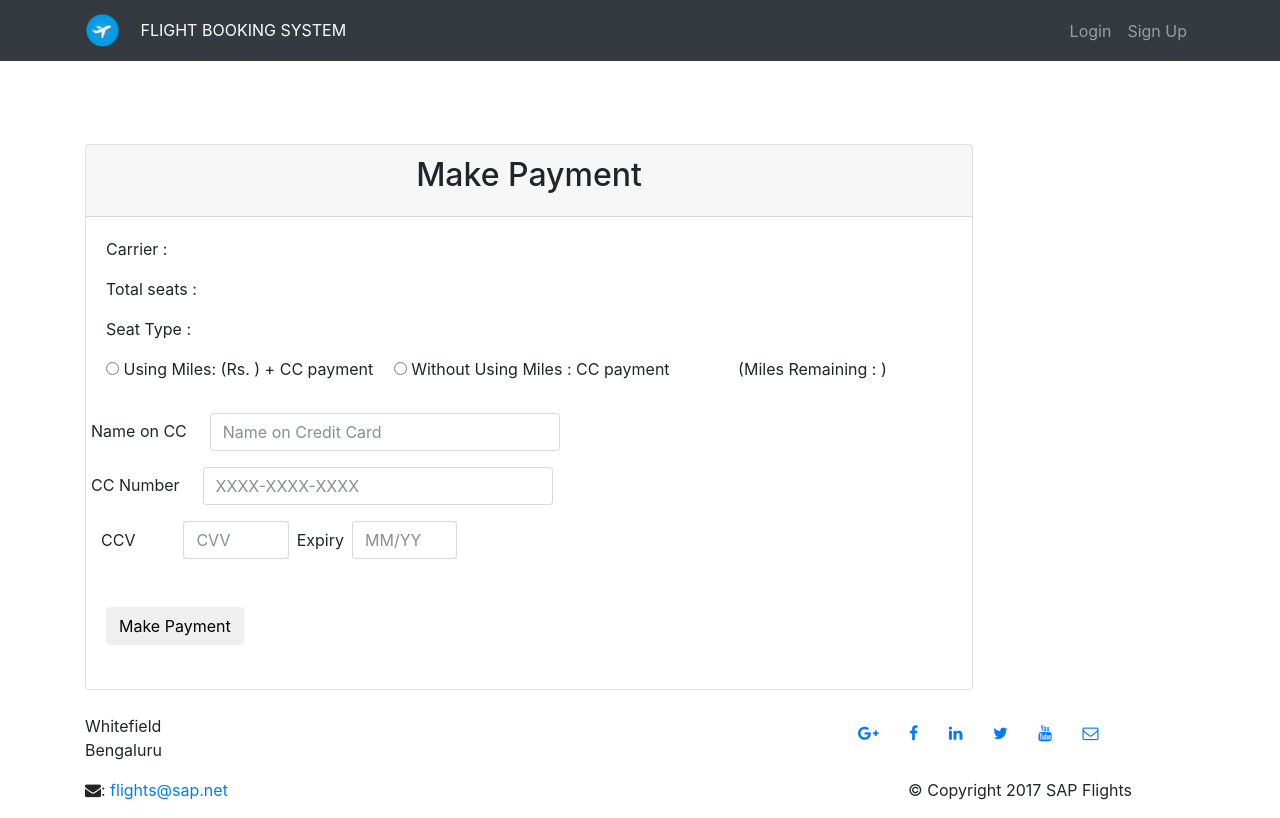
Repository: yashtatia/Spring-Practice
Page: http://localhost/FitnessTracker/WEB-INF/jsp/makePayment.jsp
An editor plug-in stored every save of this project. The page is shown before and after the next save, followed by the edit.
The browser window is 1280 px wide. The pictures show the whole page.
Some web libraries are served in a nearby version. The page is served by Tomcat 9. Nobody is signed in. Other server files are loaded and not shown. The template is opened directly, without the code that normally fills it, so the values that code supplies are empty.

Above is the page before, as saved 2017-09-06 07:43:20.
Console error: SyntaxError: Unexpected token ';'

### FitnessTracker/src/main/webapp/WEB-INF/jsp/makePayment.jsp
<%@ taglib prefix="spring" uri="http://www.springframework.org/tags" %>
<%@ taglib prefix="form" uri="http://www.springframework.org/tags/form" %>

<jsp:include page="header.jsp" />
	<br>
	<br>
	<br>
	<br>
	<br>
	<br>
	<div class="container">
		<div class="card" style="max-width: 80%;" >
			<div class="card-header">
				<h2 class="card-title" align="center">Make Payment</h2>
			</div>
			<div class="card-block">
				<div class="card-body">
						<p>Carrier : ${flightSelected.airline}</p>
						<p>Total seats : ${flightSelected.seats}</p>
						<p>Seat Type : ${flightSelected.seat_class}</p>

						<form:form commandName="payment" class="form-horizontal" method="POST">

							  <label class="radio-inline" >
							    <form:radiobutton path="payment_choice" name="payment_choice" value="1" />
							     Using Miles: ${miles_used} (Rs. ${discount}) + ${fare_with_miles}  CC payment

							  </label>


							  <label class="radio-inline mx-3">
							    <form:radiobutton path="payment_choice" name="payment_choice" value="2" />
							    Without Using Miles : ${fare_without_miles}	CC payment
							  </label>
							  <label class="mx-5">
							  	(Miles Remaining : ${miles_remaining})
							  </label>

							<br />
							<br/>

							<div class="form-group row">
							    <label for="input1" class="col-xs-3 col-form-label mr-2">Name on CC</label>
							    <div class="col-sm-10">
							      <form:input path="cc_name" type="text" name="cc_name" id="cc_name" placeholder="Name on Credit Card" class="form-control" style="max-width: 50%;" />
							    </div>
							</div>
							<div class="form-group row">
							    <label for="input2" class="col-xs-3 col-form-label mr-2">CC Number</label>
							    <div class="col-sm-10">
							      <form:input path="cc_number" type="text" name="cc_number" id="cc_number" placeholder="XXXX-XXXX-XXXX" class="form-control" style="max-width: 50%;" />
							    </div>
							</div>
							<div class="form-row">
									<div class="form-inline">
										<label class="mr-sm-5 mb-0" for="cvv">CCV</label>
											<form:input path="cc_cvv" type="password" name="cc_cvv" id="cc_cvv" placeholder="CVV" class="form-control mr-sm-2 mb-2 mb-sm-0"  style="max-width: 15%" />
									<label class="mr-sm-2 mb-0" for="last_name">Expiry</label>
											<form:input path="cc_expiry"  type="text" class="form-control mr-sm-2 mb-2 mb-sm-0" name="cc_expiry" id="cc_expiry" style="max-width: 15%" placeholder="MM/YY"/>
									</div>
							</div>
							<br />
							<br />

							<form:hidden path="flight_id"  name="flight_id" value="${flightSelected.flight_id}" />
							<form:hidden path="seat_type" name="seat_type" value="${flightSelected.seat_class_abbrev}" />
							<form:hidden path="seats" name="seats" value="${flightSelected.seats}" />
							<form:hidden path="fare_with_miles" name="fare_with_miles" value="${fare_with_miles}" />
							<form:hidden path="fare_without_miles" name="fare_without_miles" value="${fare_without_miles}" />
							<form:hidden path="miles_used" name="miles_used" value="${miles_used}" />
							<form:hidden path="miles_remaining" name="miles_remaining" value="${miles_remaining}" />
							<form:hidden path="miles_earned" name="miles_earned" value="${miles_earned}" />

							<button type="submit" name="" value="Make Payment" class="btn btn-default col-lg-offset-10" >Make Payment</button>
						</form:form>
				</div>

			</div>

			<br />



		</div>
	</div>
	<br/>

<jsp:include page="footer.jsp" />
<script type="text/javascript">
		$( document ).ready(function() {
		    preProcess();
		});

		function preProcess(){
			if($('input[name=payment_choice]:checked').val() == "with_miles"){
				var cc_remaining = ${fare_with_miles};
				if(cc_remaining == 0){
					$("#cc_name").prop("disabled", true);
					$("#cc_number").prop("disabled", true);
					$("#cc_cvv").prop("disabled", true);
					$("#cc_expiry").prop("disabled", true);
				}
			}
		}

		$('input[name=payment_choice]').on('change', function() {
			if($('input[name=payment_choice]:checked').val() == "with_miles"){
				var cc_remaining = ${fare_with_miles};
				if(cc_remaining == 0){
					$("#cc_name").prop("disabled", true);
					$("#cc_number").prop("disabled", true);
					$("#cc_cvv").prop("disabled", true);
					$("#cc_expiry").prop("disabled", true);
				}
			}else{
				$("#cc_name").prop("disabled", false);
				$("#cc_number").prop("disabled", false);
				$("#cc_cvv").prop("disabled", false);
				$("#cc_expiry").prop("disabled", false);
			}
		});
	</script>

### FitnessTracker/src/main/webapp/WEB-INF/jsp/header.jsp
<%@ taglib prefix="c" uri="http://java.sun.com/jsp/jstl/core"%>
<%@ taglib prefix="form" uri="http://www.springframework.org/tags/form" %>
<%@ taglib prefix="spring" uri="http://www.springframework.org/tags" %>
<!DOCTYPE html>
<html>
<head>
	<meta charset="utf-8">
    <meta http-equiv="X-UA-Compatible" content="IE=edge">
    <meta name="viewport" content="width=device-width, initial-scale=1, shrink-to-fit=no">
	<title>Search Flights</title>
	<link rel="stylesheet" href="https://maxcdn.bootstrapcdn.com/bootstrap/4.0.0-beta/css/bootstrap.min.css" integrity="sha384-/Y6pD6FV/Vv2HJnA6t+vslU6fwYXjCFtcEpHbNJ0lyAFsXTsjBbfaDjzALeQsN6M" crossorigin="anonymous">
	<link href="https://maxcdn.bootstrapcdn.com/font-awesome/4.7.0/css/font-awesome.min.css" rel="stylesheet">
	<link rel="stylesheet" type="text/css" href="assets/css/jquery-ui.css">
</head>
<body>

	 <nav class="navbar navbar-expand-md navbar-dark bg-dark fixed-top">
            <div class="container">
                <div class="navbar-header">
	                <span><a class="navbar-brand" href="index.jsp"><img src="assets/img/sap.png" height=35 width=35></a></span>
	                <span style="color: white;">FLIGHT BOOKING SYSTEM</span>
                </div>

                <c:choose>
    				<c:when test="${not logInForm.loggedIn || logInForm == null}">
                       <ul class="navbar-nav bd-navbar-nav" style="cursor: pointer;">
	                        <li class="nav-item"><a class="nav-link" data-toggle="modal" data-target="#loginModal" id="login"><span class="glyphicon glyphicon-log-in"></span> Login</a></li>
	                        <li class="nav-item"><a class="nav-link" href="signUp.html"><span class="glyphicon glyphicon-log-in"></span> Sign Up</a></li>
	                    </ul>
	    			</c:when>
	    			<c:otherwise>
	                    <ul class="navbar-nav bd-navbar-nav" style="cursor: pointer;">
	                        <li class="nav-item dropdown">
	                            <a href="#" class="nav-link dropdown-toggle" data-toggle="dropdown"
	                             role="button" aria-haspopup="true" aria-expanded="false" style="color: white; ">
	                             <i class="fa fa-user-o" aria-hidden="true"></i>  ${userForm.fname} ${userForm.lname} <span class="caret"></span></a>
	                            <ul class="dropdown-menu">
	                                <li><a class="dropdown-item" href="#">Your Miles : ${userForm.air_miles}</a></li>
	                                <li><a class="dropdown-item" href="myBookings.html">MyBookings</a></li>
	                                <li><a class="dropdown-item" href="logout.html">Logout</a></li>
	                            </ul>
	                        </li>
	                    </ul>
	                </c:otherwise>
                </c:choose>


                </div>
        </nav>

    <c:if test="${logInForm.loggedIn == false || logInForm == null}">

	    <div id="loginModal" class="modal fade " role="dialog" aria-labelledby="loginModal" aria-hidden="true">
	        <div class="modal-dialog" style="max-width: 650px !important;">
	        <!-- Modal content-->
	        <div class="modal-content">
	            <div class="modal-header">
	                <h5 class="modal-title" id="exampleModalLabel">Login</h5>
			     	   <button type="button" class="close" data-dismiss="modal" aria-label="Close">
			        	  <span aria-hidden="true">&times;</span>
			       	 </button>
	            </div>
		        <div class="modal-body">
		            <form:form modelAttribute="logInForm" class="form-inline" id="loginForm" action="logIn.html" method="POST">
		                <div class="form-group">
		                    <label class="sr-only" for="InputEmail">Email address</label>
		                    <form:input path="username" type="email" class="form-control" id="Email" placeholder="Email" name="email" />
		                </div>
		                <div class="form-group mx-sm-3">
		                    <label class="sr-only" for="Password">Password</label>
		                    <form:input path="password" type="password" class="form-control" id="Password" placeholder="Password" name="password" />
		                </div>

	            		<div class="form-group mx-sm-3">
	            			<button type="button" class="btn btn-default btn-danger pull-right" data-dismiss="modal">Cancel</button>
		                	<button type="submit" class="btn btn-default btn-info pull-right">Sign in</button>
	            		</div>


	            	</form:form>
				</div>

	        </div>
	        </div>
	    </div>

    </c:if>

### FitnessTracker/src/main/webapp/WEB-INF/jsp/footer.jsp

	<footer class="row-footer">
        <div class="container">
            <div class="row row-content">

                <div class="col-md-8">
                    <address>
		              Whitefield<br>
		              Bengaluru<br>

                    </address>
                </div>
                <div class="col-md-4">
                    <div >
                        <a class="btn btn-social-icon btn-google-plus" href="http://google.com/+"><i class="fa fa-google-plus"></i></a>
                        <a class="btn btn-social-icon btn-facebook" href="http://www.facebook.com/profile.php?id="><i class="fa fa-facebook"></i></a>
                        <a class="btn btn-social-icon btn-linkedin" href="http://www.linkedin.com/in/"><i class="fa fa-linkedin"></i></a>
                        <a class="btn btn-social-icon btn-twitter" href="http://twitter.com/"><i class="fa fa-twitter"></i></a>
                        <a class="btn btn-social-icon btn-youtube" href="http://youtube.com/"><i class="fa fa-youtube"></i></a>
                        <a class="btn btn-social-icon" href="mailto:"><i class="fa fa-envelope-o"></i></a>
                    </div>
                </div>
             </div>
             <div class="row row-content">
                <div class="col-md-8">
		              <i class="fa fa-envelope"></i>:
                         <a href="mailto:flights@sap.net">
                         flights@sap.net</a>
                </div>
                <div class="col-md-4">
                    <p align=center> &copy; Copyright 2017 SAP Flights</p>
                </div>
             </div>
        </div>
    </footer>




<script src="https://code.jquery.com/jquery-3.2.1.slim.min.js" integrity="sha384-KJ3o2DKtIkvYIK3UENzmM7KCkRr/rE9/Qpg6aAZGJwFDMVNA/GpGFF93hXpG5KkN" crossorigin="anonymous"></script>
<script type="text/javascript" src="http://code.jquery.com/jquery-3.2.1.min.js"></script>
<script type="text/javascript" src="assets/js/jquery-ui.min.js"></script>
<script src="https://cdnjs.cloudflare.com/ajax/libs/popper.js/1.11.0/umd/popper.min.js" integrity="sha384-b/U6ypiBEHpOf/4+1nzFpr53nxSS+GLCkfwBdFNTxtclqqenISfwAzpKaMNFNmj4" crossorigin="anonymous"></script>
<script src="https://maxcdn.bootstrapcdn.com/bootstrap/4.0.0-beta/js/bootstrap.min.js" integrity="sha384-h0AbiXch4ZDo7tp9hKZ4TsHbi047NrKGLO3SEJAg45jXxnGIfYzk4Si90RDIqNm1" crossorigin="anonymous"></script>

<script>
        $().button('toggle');
        $(document).ready(function(){
            $("#login").click(function(){
                console.log("yo!");
                $("#loginModal").modal();
            });
        });

        $(document).ready(function(){
            $("#table").click(function(){
                $("#tableModal").modal();
            });
        });
</script>
</body>
</html>

Loaded but not shown: FitnessTracker/src/main/webapp/assets/css/jquery-ui.css (library); FitnessTracker/src/main/webapp/assets/js/jquery-ui.min.js (library)

After the next save:
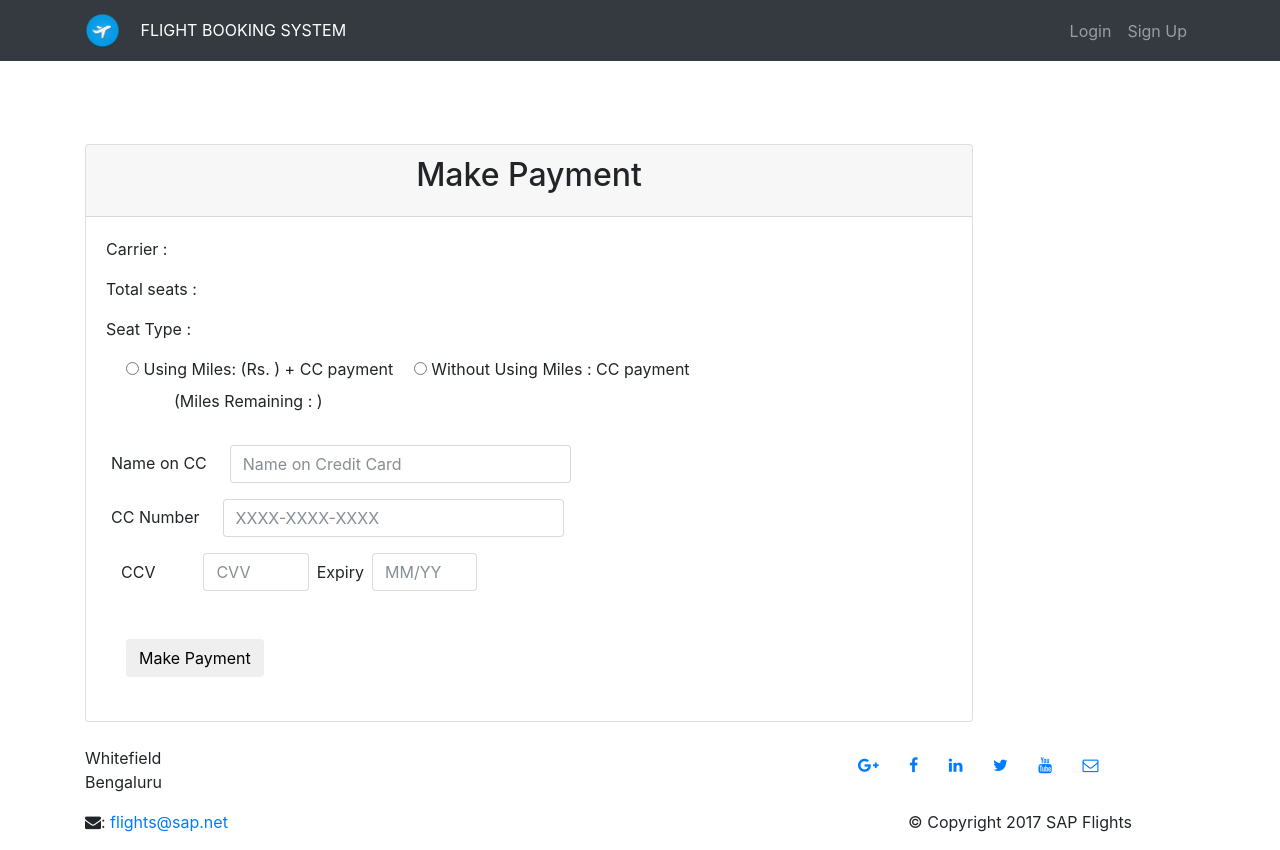
Saved 47 s later.
--- a/FitnessTracker/src/main/webapp/WEB-INF/jsp/makePayment.jsp
+++ b/FitnessTracker/src/main/webapp/WEB-INF/jsp/makePayment.jsp
@@ -19,7 +19,7 @@
 						<p>Total seats : ${flightSelected.seats}</p>
 						<p>Seat Type : ${flightSelected.seat_class}</p>
 
-						<form:form commandName="payment" class="form-horizontal" method="POST">
+						<form:form commandName="payment" class="form-horizontal" style="padding-left:20px;" method="POST">
 
 							  <label class="radio-inline" >
 							    <form:radiobutton path="payment_choice" name="payment_choice" value="1" />

After the save that followed:
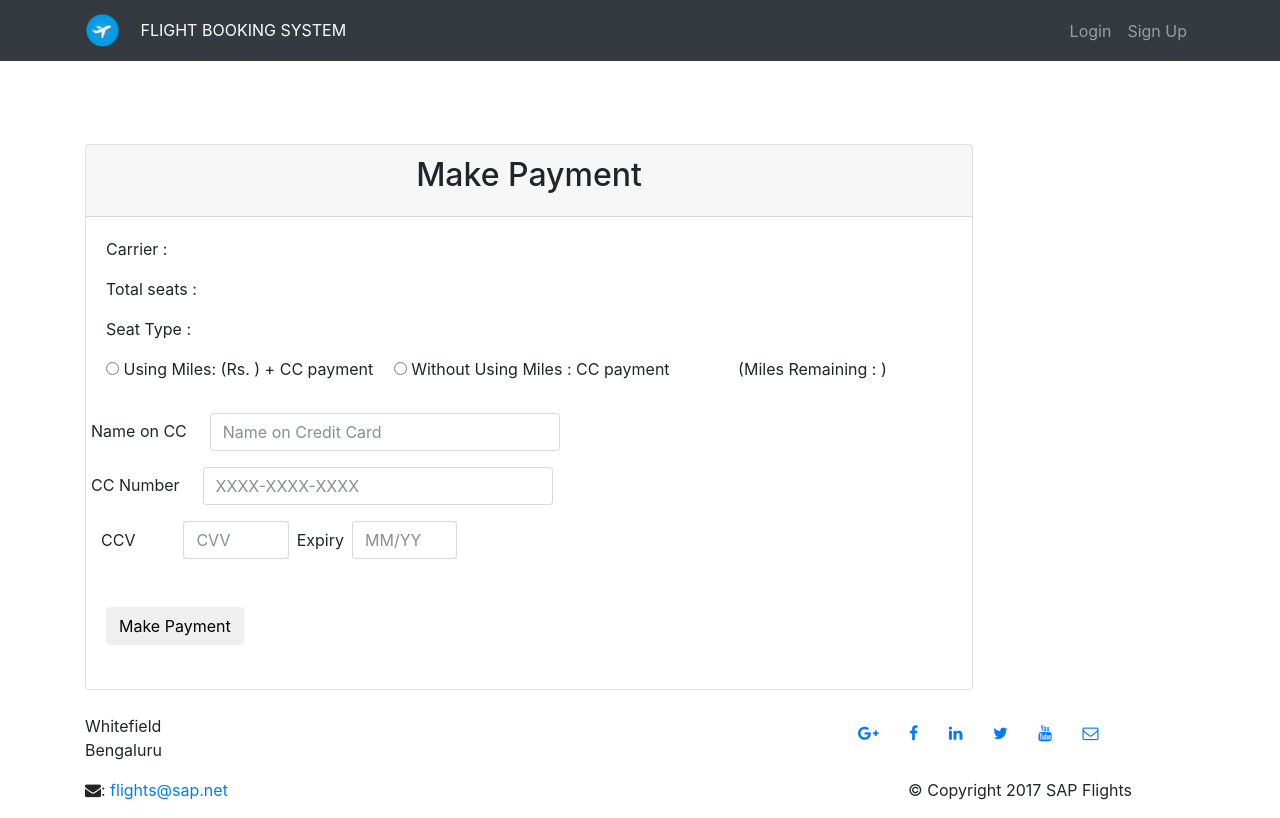
Saved 6 s later.
--- a/FitnessTracker/src/main/webapp/WEB-INF/jsp/makePayment.jsp
+++ b/FitnessTracker/src/main/webapp/WEB-INF/jsp/makePayment.jsp
@@ -19,7 +19,7 @@
 						<p>Total seats : ${flightSelected.seats}</p>
 						<p>Seat Type : ${flightSelected.seat_class}</p>
 
-						<form:form commandName="payment" class="form-horizontal" style="padding-left:20px;" method="POST">
+						<form:form commandName="payment" class="form-horizontal" method="POST">
 
 							  <label class="radio-inline" >
 							    <form:radiobutton path="payment_choice" name="payment_choice" value="1" />
